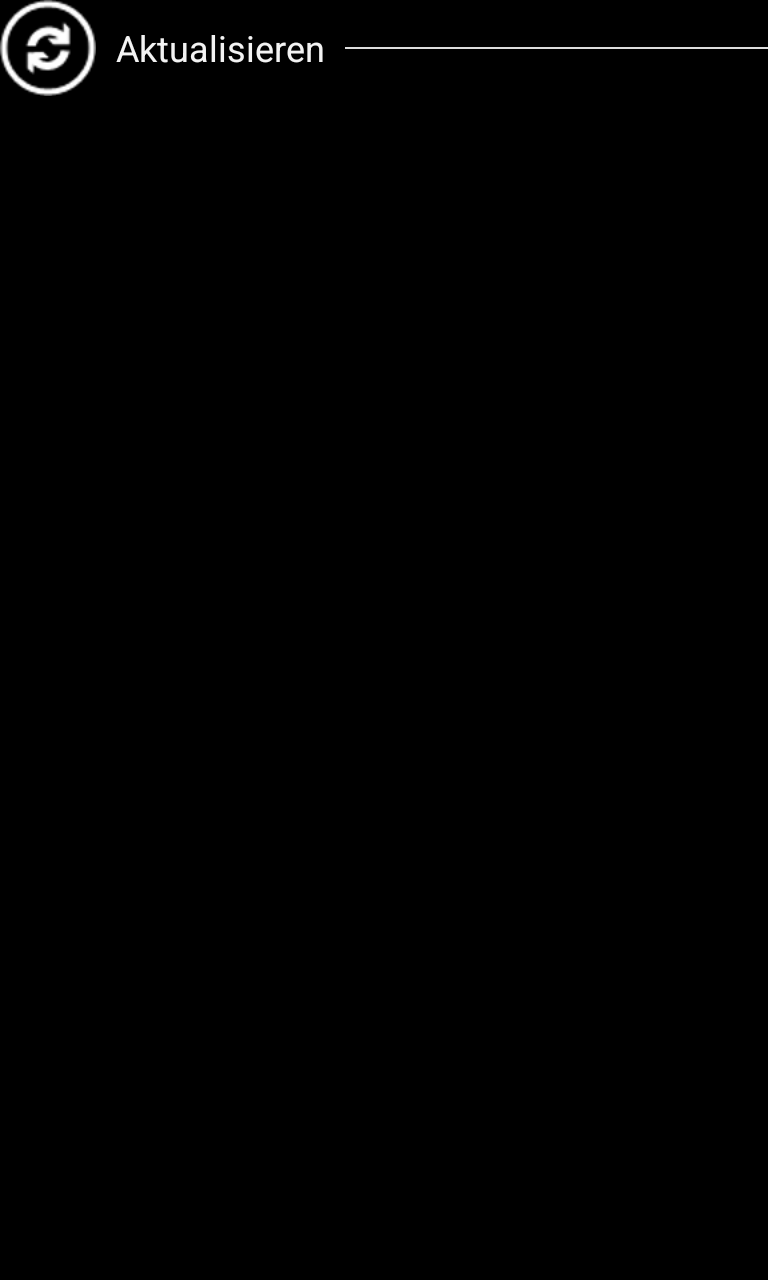
Repository: dwonisch/firefighterapp
Layout: FireFighter/res/layout/main.xml
The author's editor kept a copy of each file at every save. The layout is drawn from the files as they stood at one save, then again after the next save.
It is drawn on a 768 x 1280 px phone screen (xhdpi) without system bars, with theme android:Theme.Holo; the app's code is not run. Lists and similar views that code fills are empty.

Above is the layout before, as saved 2012-10-11 18:35:38.

After the next save:
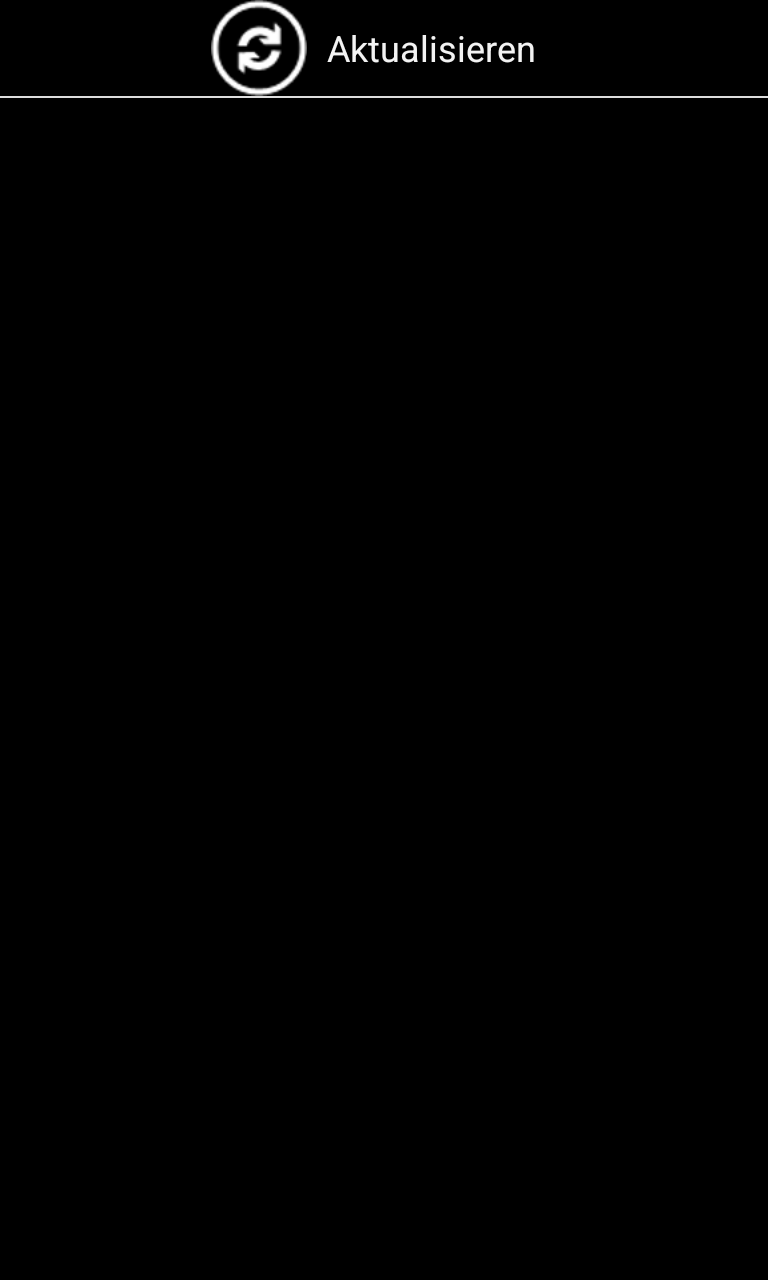
Saved 8 s later.
--- a/FireFighter/res/layout/main.xml
+++ b/FireFighter/res/layout/main.xml
@@ -33,12 +33,12 @@
                 android:padding="10dp"
                 android:text="Aktualisieren"
                 android:textAppearance="?android:attr/textAppearanceMedium" />
+        </LinearLayout>
 
             <View
                 android:layout_width="fill_parent"
                 android:layout_height="1dp"
                 android:background="#FFDDDDDD" />
-        </LinearLayout>
     </LinearLayout>
 
     <LinearLayout
